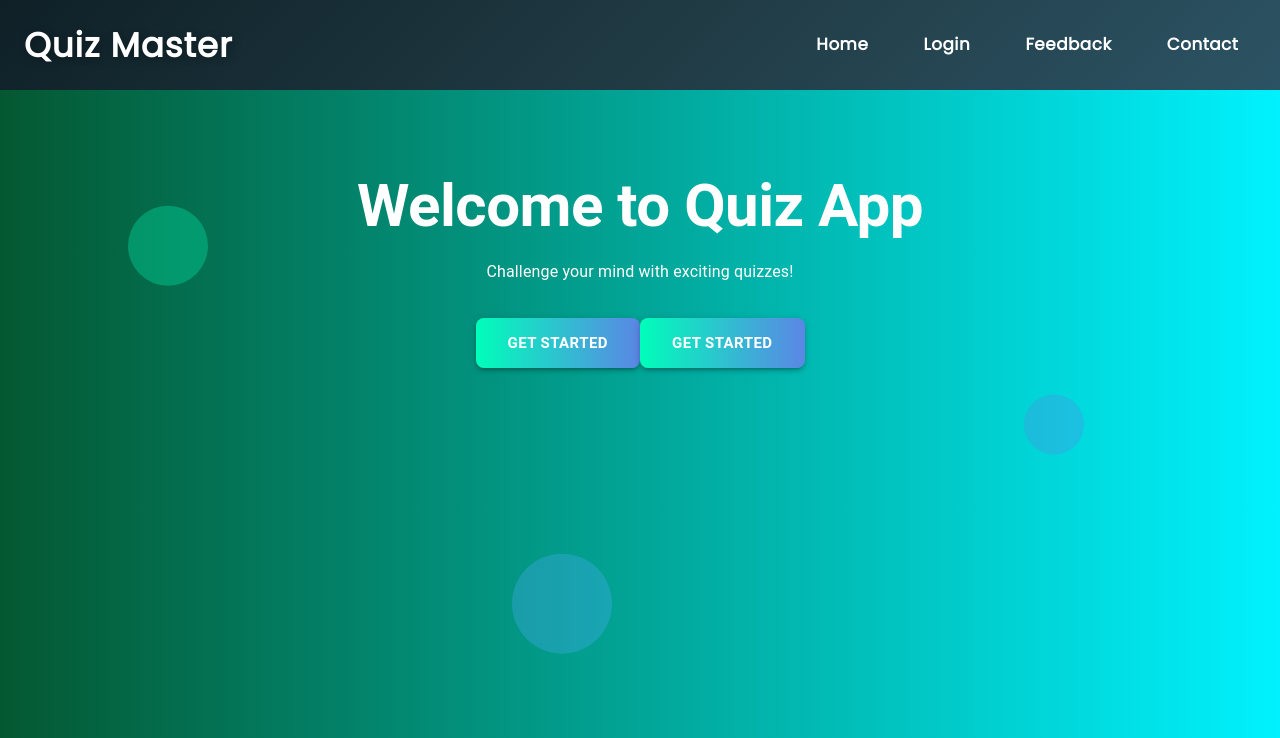
Repository: lalit9168/quizApp
Page: / (app in frontend/)
These files come from the project's save history. The page is drawn as it stood at one moment and after the next save; the edit follows.
The browser window is 1280 px wide. The pictures show the whole page.
The project was rebuilt for these pictures with package versions that can differ from the ones it lists, and the page was loaded fresh each time. Also part of the build but not shown: frontend/vite.config.js, frontend/src/index.css, frontend/src/Components/Login/Login.jsx, frontend/src/Components/Home/Home.jsx, frontend/src/Components/PrivateRoute.jsx, frontend/src/Components/api.js, frontend/src/Components/Quiz/QuizPage.jsx, frontend/src/Components/Quiz/QuizDash.jsx and 7 more.

Above is the page before, as saved 2025-06-09 11:34:27.

After the next save:
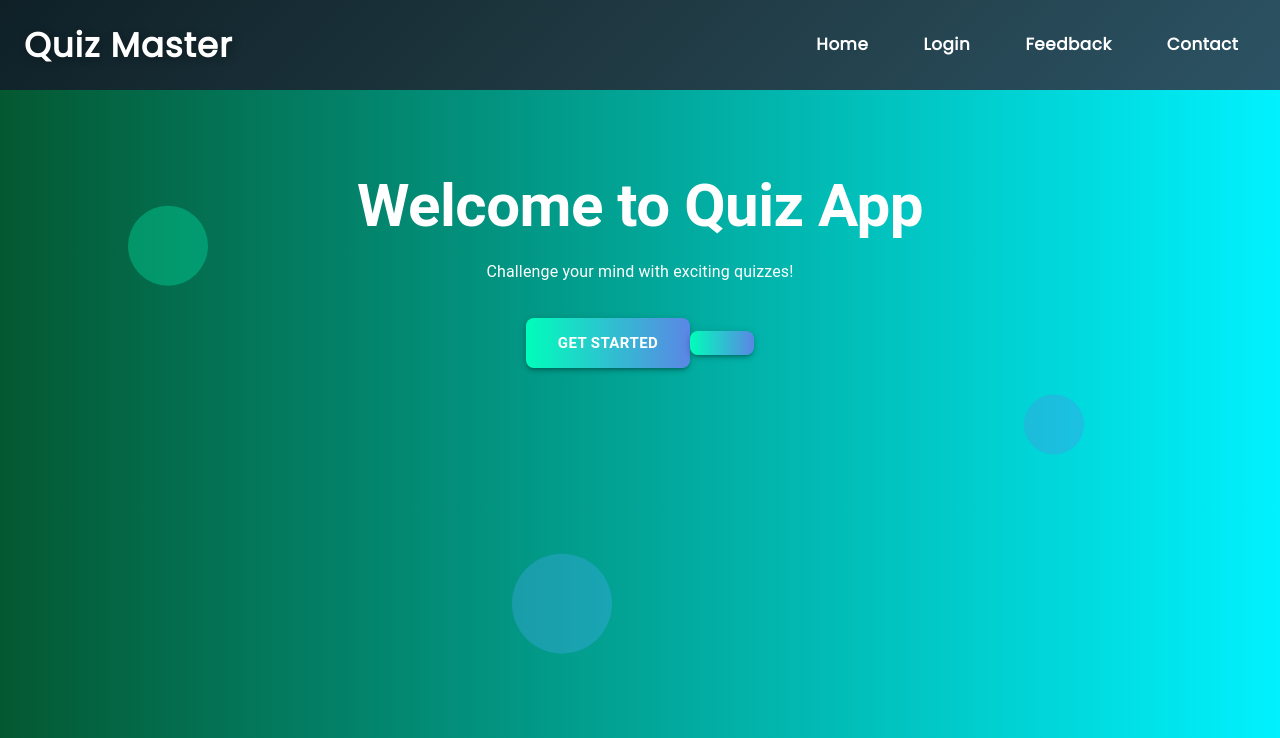
Saved 105 s later.
--- a/frontend/src/Components/LandingPage/Hero.jsx
+++ b/frontend/src/Components/LandingPage/Hero.jsx
@@ -114,7 +114,7 @@ const Hero = () => {
             }}
             onClick={() => navigate("/guest-quiz-entry")}
           >
-            Get Started
+
           </Button>
         </Box>
       </Box>
